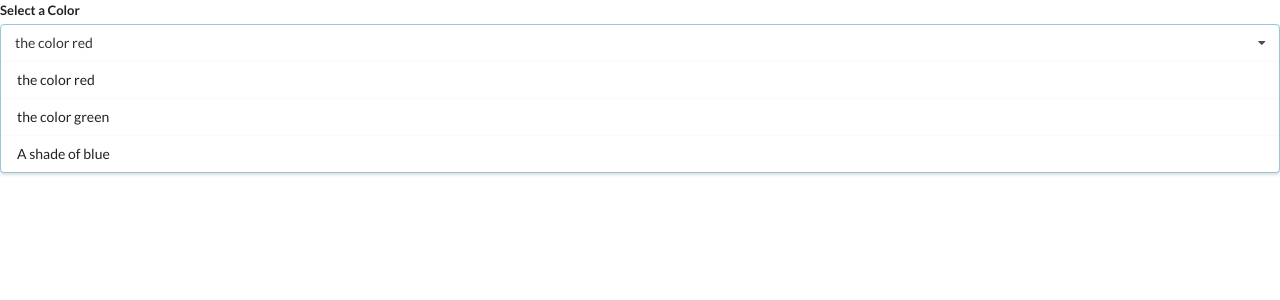
Repository: striver-69/Widjets-App
Page: /
An editor plug-in stored every save of this project. The page is shown before and after the next save, followed by the edit.
The browser window is 1280 px wide. The pictures show the whole page.
The project was rebuilt for these pictures with package versions that can differ from the ones it lists, and the page was loaded fresh each time. Also part of the build but not shown: src/components/Accordion.js, src/components/Search.js.

Above is the page before, as saved 2021-03-04 14:30:51.

After the next save:
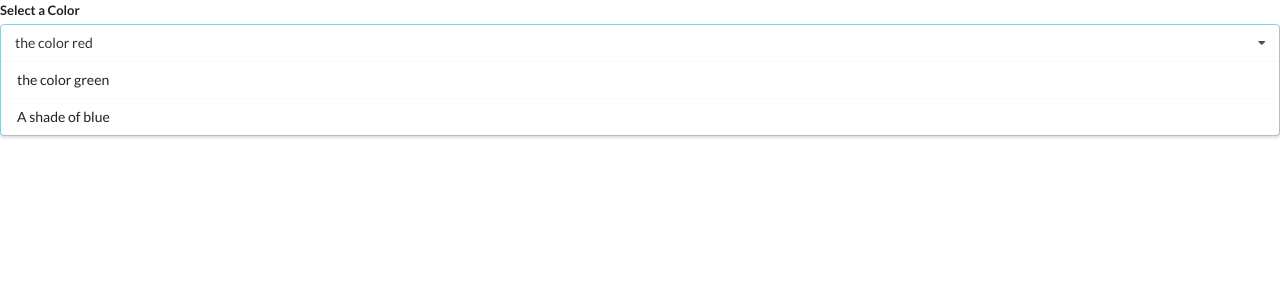
Saved 31 s later.
--- a/src/components/Dropdown.js
+++ b/src/components/Dropdown.js
@@ -4,7 +4,7 @@ export default function Dropdown({options,selected,onSelectedChange}) {
 
   const renderedOptions=options.map((option)=>{
 
-    if(options.value === selected.value){
+    if(option.value === selected.value){
       return null
     }
 
